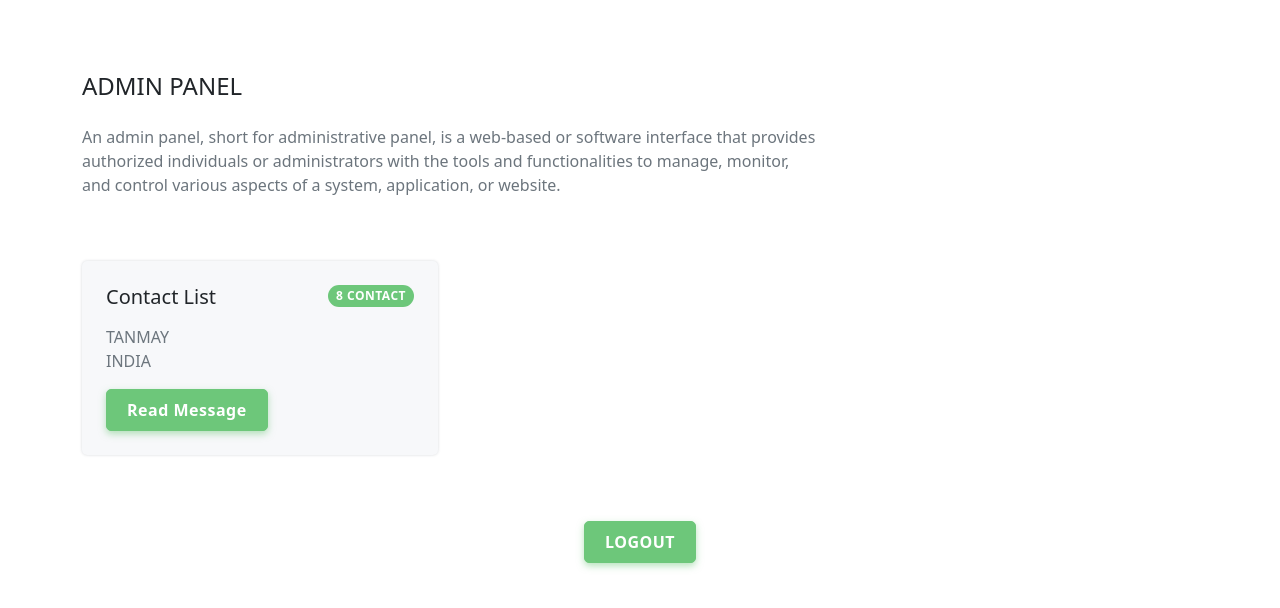
Repository: Tanmay-Kayande/Myportfolio
Page: http://localhost/myproject/admin.jsp
These files come from the project's save history. The page is drawn as it stood at one moment and after the next save; the edit follows.
The browser window is 1280 px wide. The pictures show the whole page.
Some web libraries are served in a nearby version. The page is served by Tomcat 9. The session is filled in as if someone had signed in: {"login": "exist"}.

Above is the page before, as saved 2024-01-18 14:37:49.

After the next save:
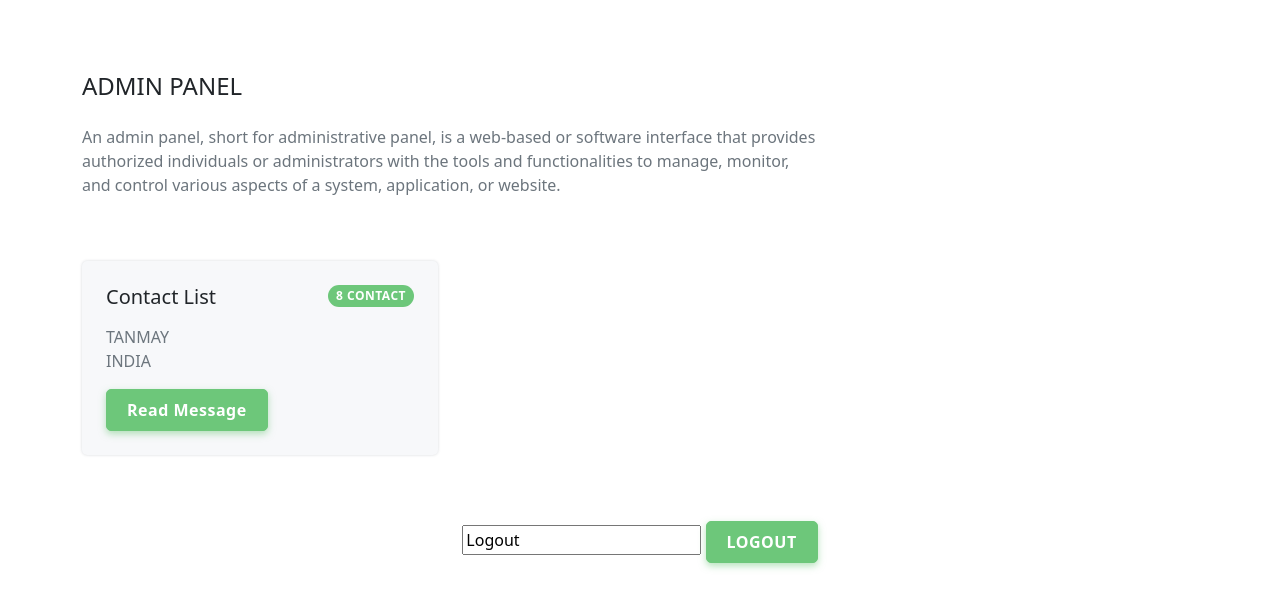
Saved 2 min 23 s later.
--- a/myproject/src/main/webapp/admin.jsp
+++ b/myproject/src/main/webapp/admin.jsp
@@ -162,6 +162,7 @@ a {
 
 			<div style="text-align: center; padding-top: 50px;" class="mt-3">
 				<form action="Auth" method="post">
+					<input type = "hidden=" name = "check" value = "Logout">
 					<button class="btn btn-primary">LOGOUT</button>
 				</form>
 			</div>
